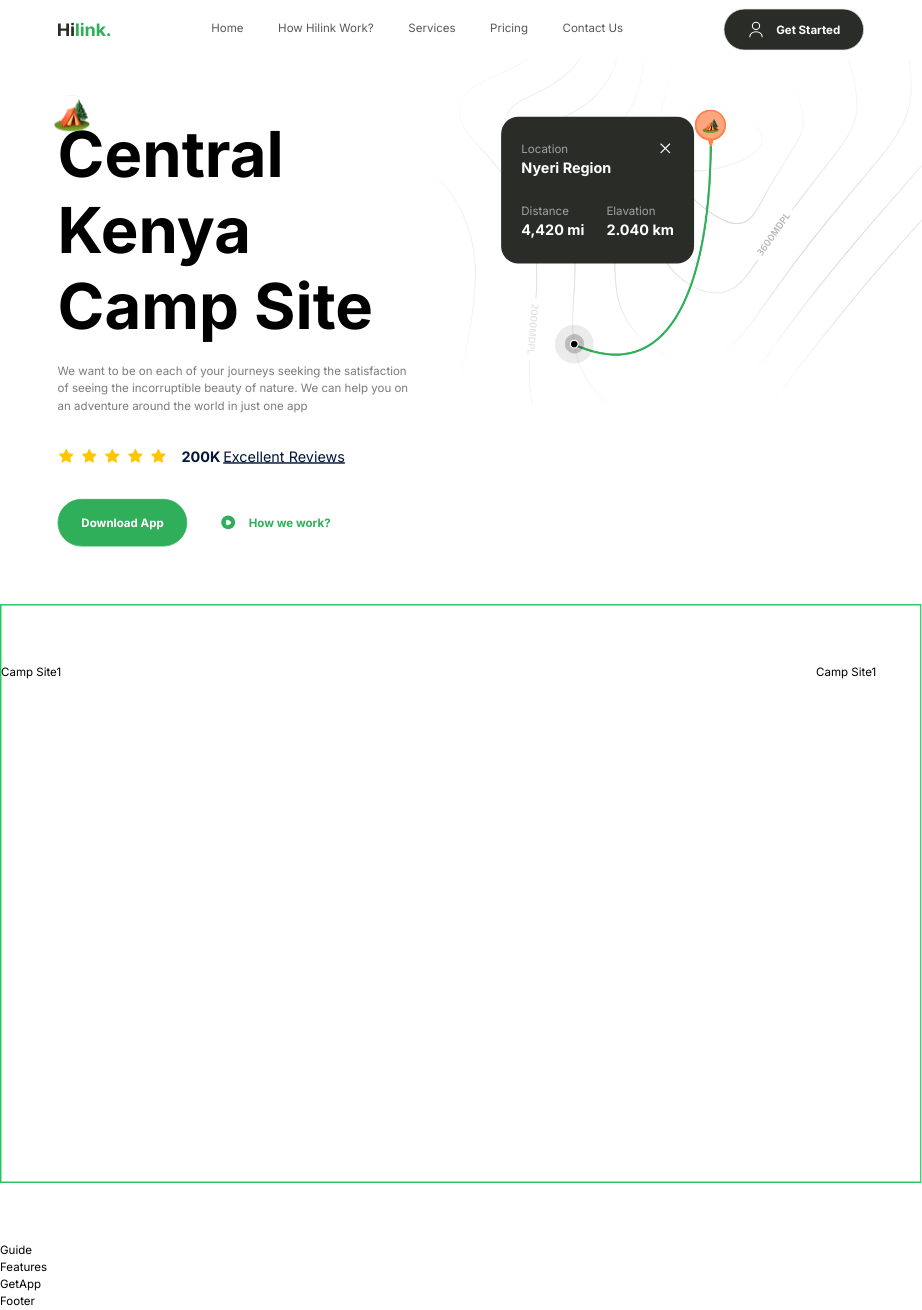
Repository: martin-raphael/travel_agency
Page: /
The author's editor kept a copy of each file at every save. The page is drawn from the files as they stood at one save, then again after the next save.
The browser window is 1280 px wide. The pictures show the whole page, at 72% of full size.
The project was rebuilt for these pictures with package versions that can differ from the ones it lists, and the page was loaded fresh each time. The framework's server and built-in components were replaced by stand-ins that run in the browser. Also part of the build but not shown: next.config.mjs.

Above is the page before, as saved 2024-08-08 19:24:20.

After the next save:
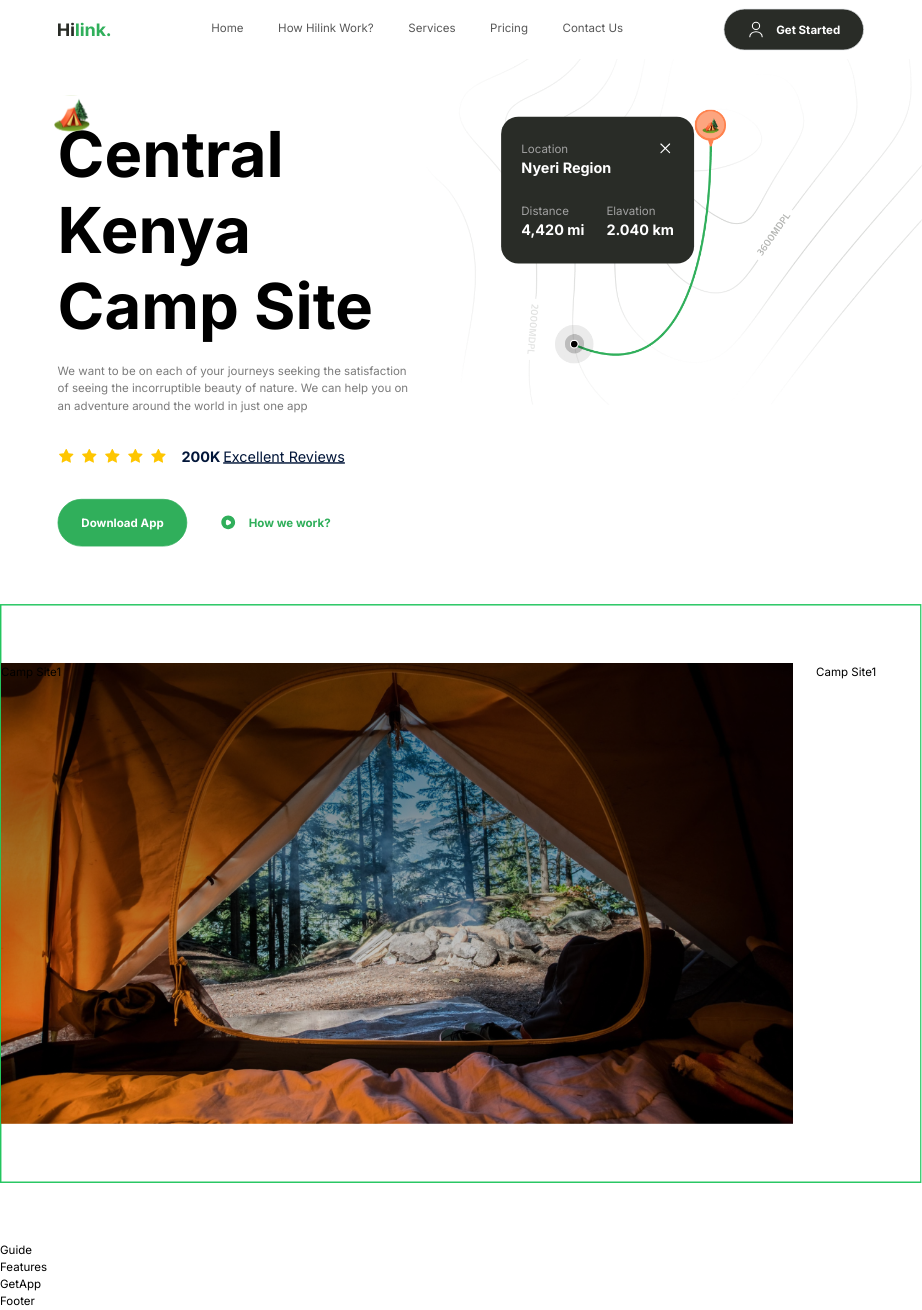
Saved 33 s later.
--- a/components/Camp.tsx
+++ b/components/Camp.tsx
@@ -7,7 +7,7 @@ interface CampProps{
 }
 
 const CampSite = ({backgroundImage, title,subtitle,peopleJoined}: CampProps) =>{
-  return <div className={`h-full w-full min-w-[1100px] `}>Camp Site1</div>
+  return <div className={`h-full w-full min-w-[1100px] ${backgroundImage} `}>Camp Site1</div>
 }
 
 const Camp = () => {
